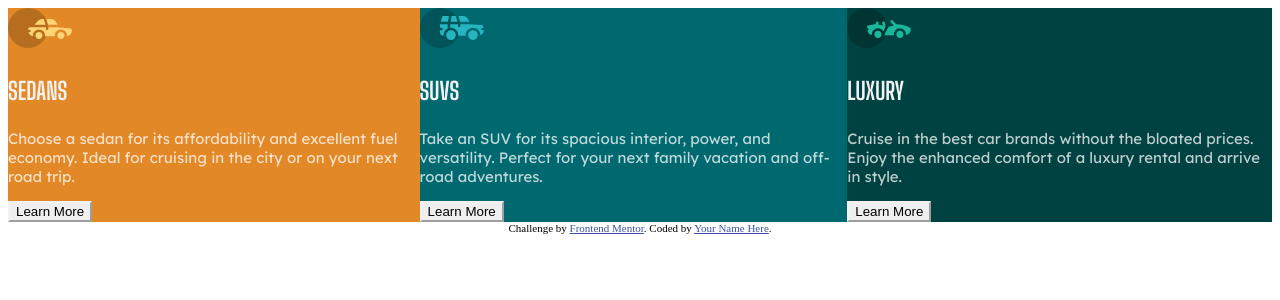
Repository: viniciussnt/3-column-preview-card
Page: index.html
These files come from the project's save history. The page is drawn as it stood at one moment and after the next save; the edit follows.
The browser window is 1280 px wide. The pictures show the whole page.

Above is the page before, as saved 2023-09-15 11:06:56.

After the next save:
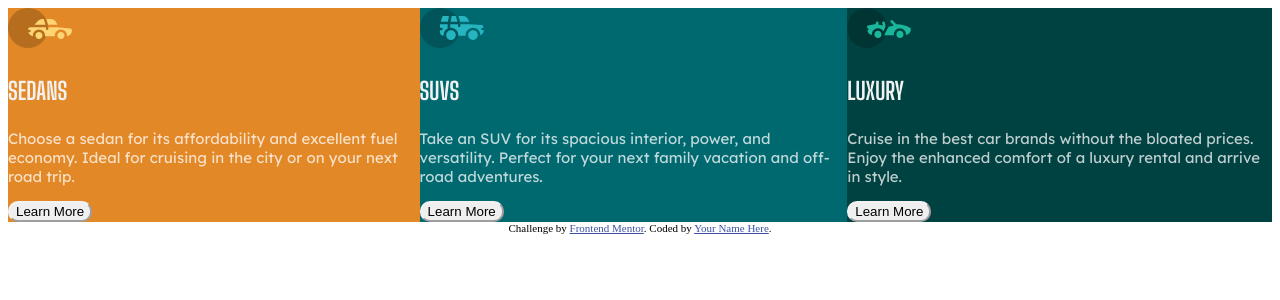
Saved 4 s later.
--- a/styles/style.css
+++ b/styles/style.css
@@ -47,5 +47,5 @@
 
 button {
     border-color: var(--color-secondary);
-    border-radius: ;
+    border-radius: 10px;
 }
